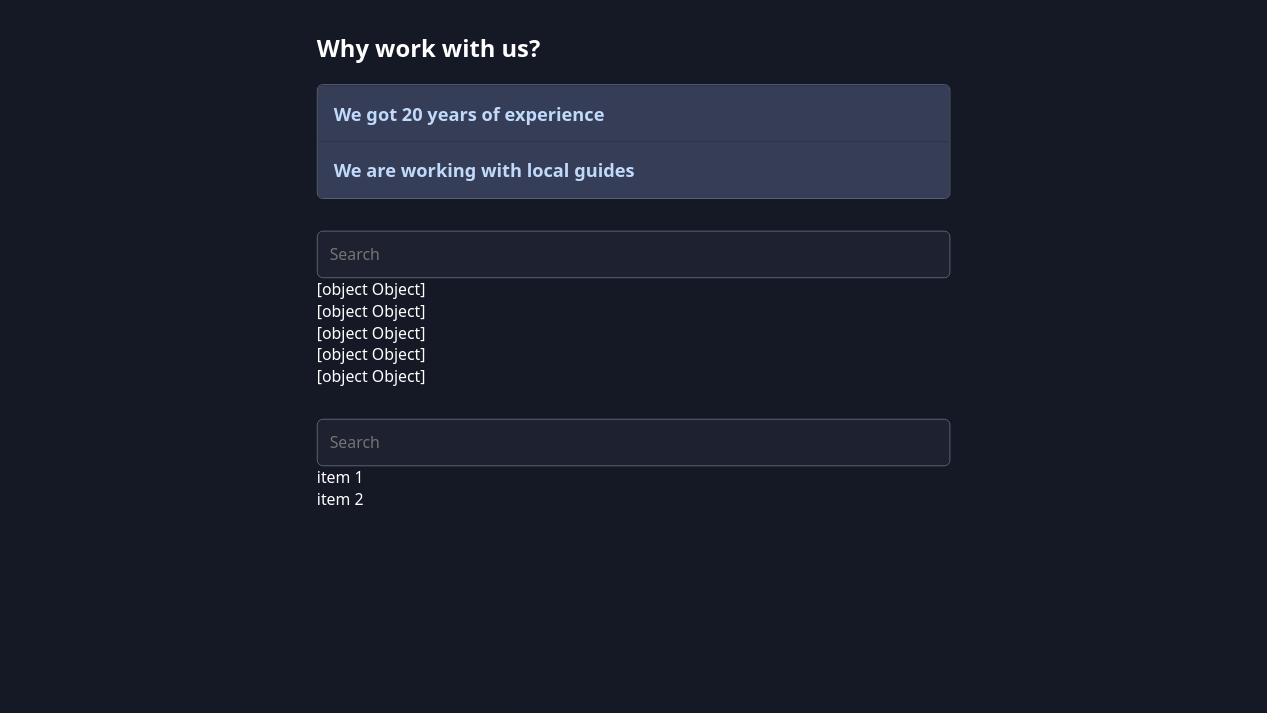
Repository: Snzslt/ReactPattern
Page: /
An editor plug-in stored every save of this project. The page is shown before and after the next save, followed by the edit.
The browser window is 1280 px wide. The pictures show the whole page, at 99% of full size.
The project was rebuilt for these pictures with package versions that can differ from the ones it lists, and the page was loaded fresh each time. Also part of the build but not shown: vite.config.js.

Above is the page before, as saved 2024-05-15 14:01:27.

After the next save:
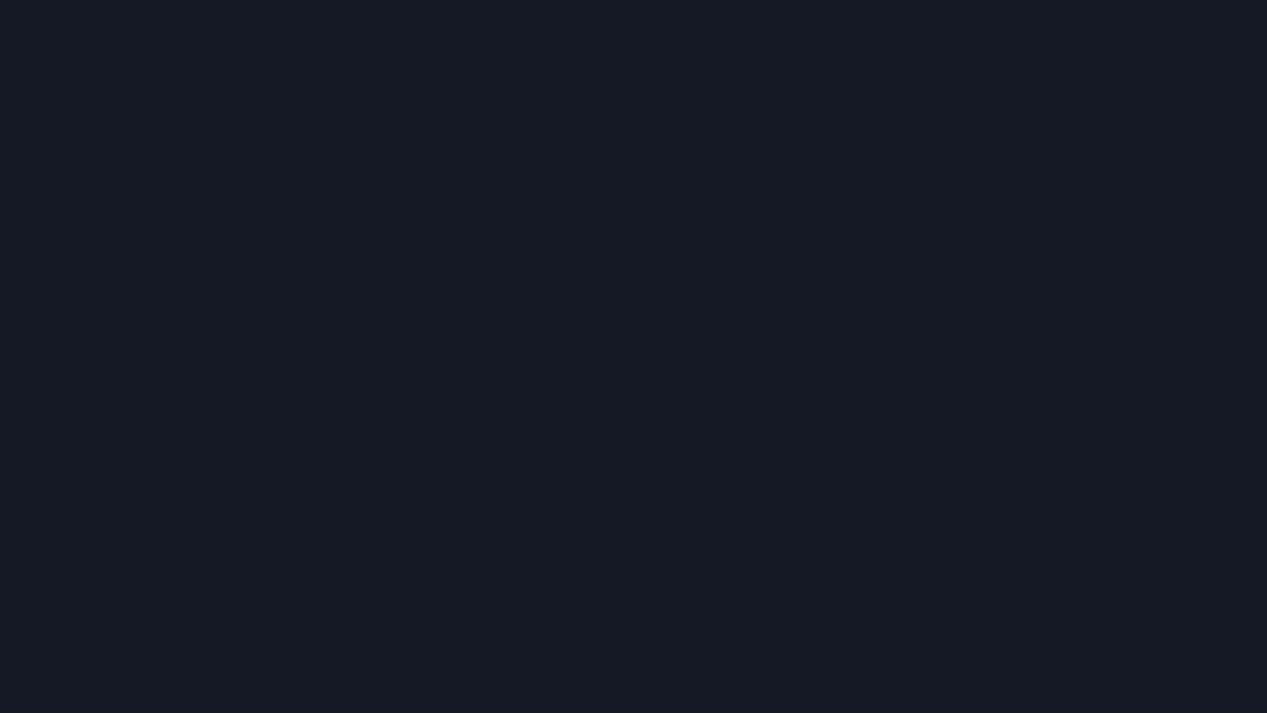
Console error: ReferenceError: children is not defined
Saved 83 s later.
--- a/src/components/SearchableList/SearchableList.jsx
+++ b/src/components/SearchableList/SearchableList.jsx
@@ -15,8 +15,10 @@ export default function SearchableList({ items }) {
     <div className="searchable-list">
       <input type="search" placeholder="Search" onChange={handleChange} />
       <ul>
-        {searchResults.map((item, index) => (
-          <li key={index}>{item.toString()}</li>
+        {searchResults.map((item) => (
+          <li key={itemKeyFn(item)}>
+            {children(item)}
+          </li>
         ))}
       </ul>
     </div>

After the 6 saves that followed:
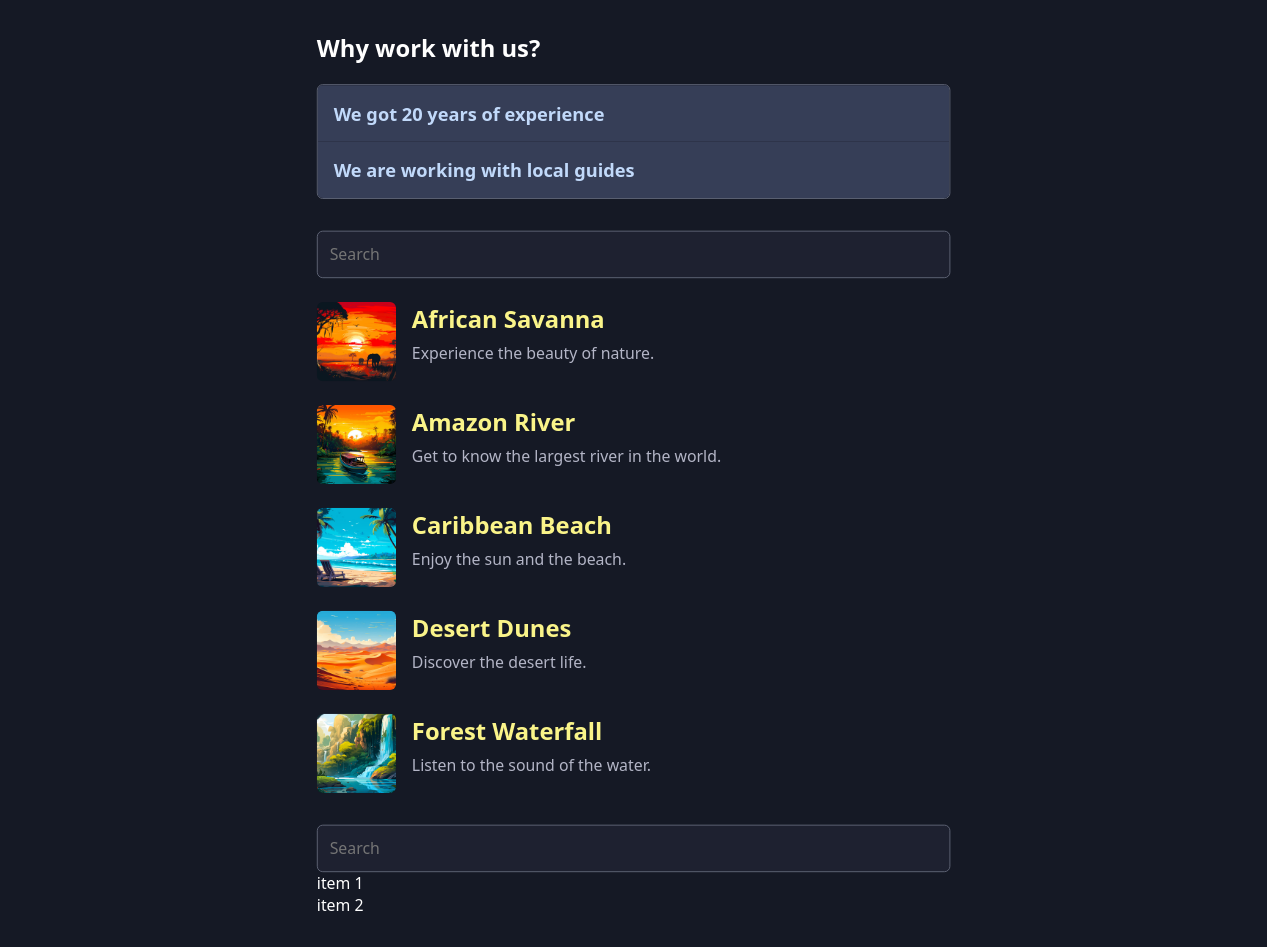
The error is gone.
The 6 saves are shown as one change because 2 left the picture as it was and some came seconds apart.
The last was saved 82 s later.
--- a/src/App.jsx
+++ b/src/App.jsx
@@ -5,6 +5,7 @@ import amazonImg from './assets/amazon-river.jpg';
 import caribbeanImg from './assets/caribbean-beach.jpg';
 import desertImg from './assets/desert-dunes.jpg';
 import forestImg from './assets/forest-waterfall.jpg';
+import Place from './Place.jsx';
 
 const PLACES = [
   {
@@ -77,8 +78,12 @@ function App() {
         </Accordion>
       </section>
       <section>
-        <SearchableList items={PLACES} />
-        <SearchableList items={['item 1', 'item 2']} />
+      <SearchableList items={PLACES} itemKeyFn={(item) => item.id}>
+          {(item) => <Place item={item} />}
+        </SearchableList>
+        <SearchableList items={['item 1', 'item 2']} itemKeyFn={(item) => item}>
+          {(item) => item}
+        </SearchableList>
       </section>
     </main>
   );
--- a/src/components/SearchableList/SearchableList.jsx
+++ b/src/components/SearchableList/SearchableList.jsx
@@ -1,6 +1,6 @@
 import { useState } from 'react';
 
-export default function SearchableList({ items }) {
+export default function SearchableList({ items, itemKeyFn, children }) {
   const [searchTerm, setSearchTerm] = useState('');
 
   const searchResults = items.filter((item) =>
